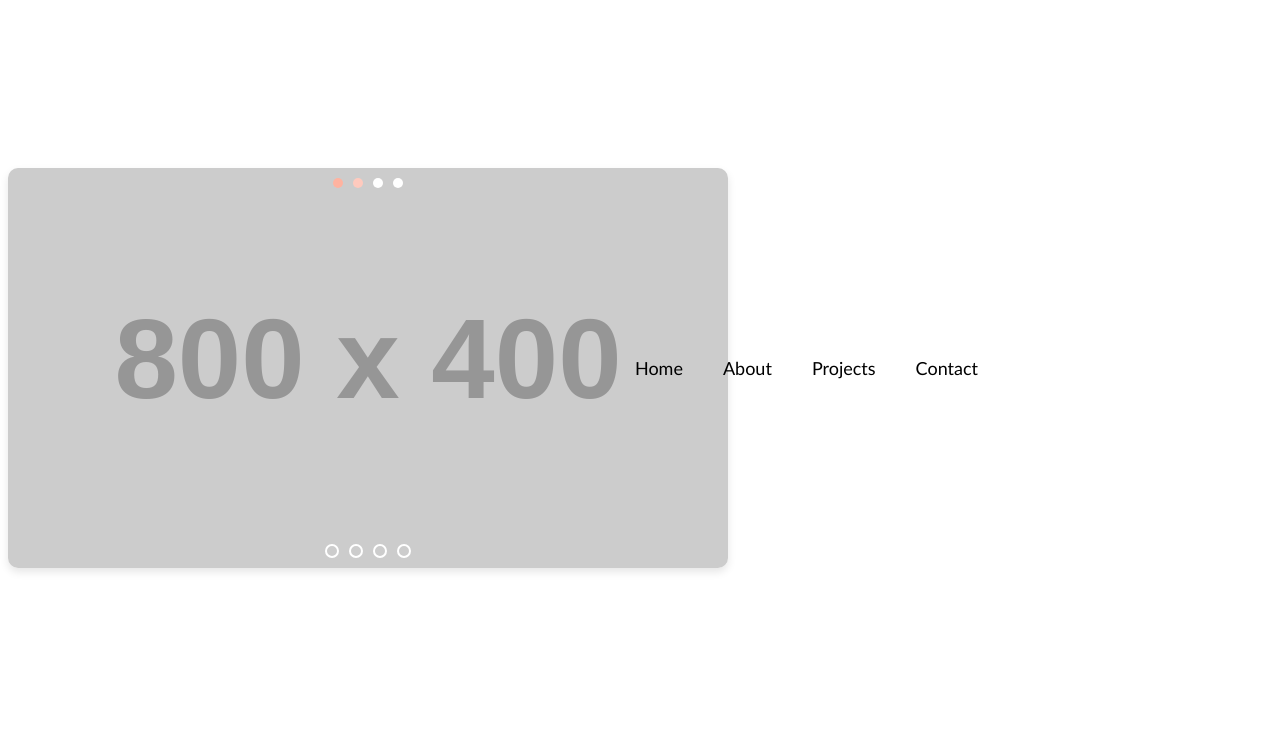
Repository: alishbah7/Choice1
Page: index.html
These files come from the project's save history. The page is drawn as it stood at one moment and after the next save; the edit follows.
The browser window is 1280 px wide. The page is 1280 px wide, then 1288 px, so the pictures cover 1288 px, including what lies to the right of the window. The pictures show the whole page.

Above is the page before, as saved 2024-11-23 20:42:20.

### index.html
<!DOCTYPE html>
<html lang="en">
<head>
    <meta charset="UTF-8">
    <meta name="viewport" content="width=device-width, initial-scale=1.0">
    <title>Navbar</title>

    <!--=== CSS ===-->
    <link rel="stylesheet" href="style.css">

    <!--=== BOXICONS ===-->
    <link href='https://unpkg.com/boxicons@2.1.4/css/boxicons.min.css' rel='stylesheet' />
</head>
<body>
    <!------------ header ------------>
    <header>
        <h1>Website</h1>

        <input type="checkbox" id="check" />
        <label for="check" class="icon">
            <i class="bx bx-menu" id="menu-icon"></i>
            <i class="bx bx-x" id="close-icon"></i>
        </label>

        <nav class="navbar">
            <a href="#" class="nav-item" style="--i: 1" data-aos="fade-down">Home</a>
            <a href="#" class="nav-item" style="--i: 2" data-aos="fade-down">About</a>
            <a href="#" class="nav-item" style="--i: 3" data-aos="fade-down">Projects</a>
            <a href="#" class="nav-item" style="--i: 4" data-aos="fade-down">Contact</a>
        </nav>
    </header>

    <!------------ home ------------>
    <div class="slider">
        <div class="slides">
          <!-- Radio Buttons for Manual Navigation -->
          <input type="radio" name="radio-btn" id="slide1" checked>
          <input type="radio" name="radio-btn" id="slide2">
          <input type="radio" name="radio-btn" id="slide3">
          <input type="radio" name="radio-btn" id="slide4">

          <!-- Slide Images -->
          <div class="slide first">
            <img src="https://via.placeholder.com/800x400?text=Slide+1" alt="Slide 1">
          </div>
          <div class="slide">
            <img src="https://via.placeholder.com/800x400?text=Slide+2" alt="Slide 2">
          </div>
          <div class="slide">
            <img src="https://via.placeholder.com/800x400?text=Slide+3" alt="Slide 3">
          </div>
          <div class="slide">
            <img src="https://via.placeholder.com/800x400?text=Slide+4" alt="Slide 4">
          </div>

          <!-- Automatic Navigation -->
          <div class="navigation-auto">
            <div class="auto-btn1"></div>
            <div class="auto-btn2"></div>
            <div class="auto-btn3"></div>
            <div class="auto-btn4"></div>
          </div>

          <!-- Manual Navigation -->
          <div class="navigation-manual">
            <label for="slide1" class="manual-btn"></label>
            <label for="slide2" class="manual-btn"></label>
            <label for="slide3" class="manual-btn"></label>
            <label for="slide4" class="manual-btn"></label>
          </div>
        </div>
      </div>

</body>
</html>

### style.css
/* --==== HEADER ====-- */
body{
    width: 100vh;
    box-sizing: border-box;
    display: flex;
    justify-content: center;
    align-items: center;
    height: 100vh;
}

header {
    color: white;
    position: fixed;
    width: 100%;
    height: 60px;
    display: flex;
    justify-content: space-between;
    align-items: center;
    padding: 0 10px;
    z-index: 5;
}
header h1{
    font-size: 30px;
    color: black;
}
.navbar{
    display: flex;
    padding: 0 30px;
    gap: 40px;
}
#circleIcon{
    font-size: 6px;
}
.nav-item {
    font-family: 'Gill Sans', 'Gill Sans MT', Calibri, 'Trebuchet MS', sans-serif;
    color: black;
    font-size: 18px;
    text-decoration: none;
    transition: all 0.5s ease;

}
.icon {
    position: absolute;
    right: 5%;
    font-size: 36.8px;
    color: black;
    cursor: pointer;
    display: none;
}

#check {
    display: none;
}
@media (max-width: 870px) {
    #circleIcon{
        display: none;
    }
    header{
        height: 40px;
    }
    header::before {
        position: absolute;
        content: "";
        inset: 0;
        width: 100%;
        backdrop-filter: blur(20px);
        z-index: -1;
    }

    header::after {
        position: absolute;
        content: "";
        top: 0;
        left: -100%;
        width: 100%;
        height: 100%;
        transition: 0.8s;
    }
    .icon {
        display: inline-flex;
    }
    #check:checked ~ .icon #menu-icon {
        display: none;
    }
    .icon #close-icon {
        display: none;
    }
    #check:checked ~ .icon #close-icon {
        display: block;
    }
    .navbar {
        padding: 0;
        display: block;
        position: absolute;
        top: 100%;
        left: 0;
        width: 100%;
        height: 0;
        background: black;
        backdrop-filter: blur(50px);
        box-shadow: 0 8px 16px rgba(0, 0, 0, 0.1);
        overflow: hidden;
        transition: all 0.3s ease;
    }
    #check:checked ~ .navbar {
        height: 256px;
    }
    .nav-item {
        color: white;
        display: block;
        font-size: 17.6px;
        margin: 32px 0;
        text-align: center;
        transform: translateY(-50px);
        opacity: 0;
        transition: all 0.3s ease;
    }
    .nav-item:hover::after {
        width: auto;
    }
    #check:checked ~ .navbar a {
        transform: translateY(0);
        opacity: 1;
        transition-delay: calc(0.15s * var(--i));
    }
}
@media screen and (max-width: 350px) {
    header h1{
      font-size: 20px;
    }
}



/* General Reset */
/* * {
    margin: 0;
    padding: 0;
    box-sizing: border-box;
  }

  body {
    display: flex;
    justify-content: center;
    align-items: center;
    height: 100vh;
    background: #f3f3f3;
    font-family: Arial, sans-serif;
  } */

  .slider {
    width: 800px;
    height: 400px;
    overflow: hidden;
    border-radius: 10px;
    position: relative;
    box-shadow: 0 4px 8px rgba(0, 0, 0, 0.1);
  }

  .slides {
    display: flex;
    width: 400%;
    height: 100%;
  }

  .slides input {
    display: none;
  }

  .slide {
    width: 100%;
    height: 100%;
    transition: transform 0.6s ease-in-out;
  }

  .slide img {
    width: 100%;
    height: 100%;
    object-fit: cover;
  }

  .navigation-manual {
    position: absolute;
    width: 100%;
    bottom: 10px;
    display: flex;
    justify-content: center;
    gap: 10px;
  }

  .manual-btn {
    border: 2px solid #fff;
    padding: 5px;
    border-radius: 50%;
    cursor: pointer;
    transition: background 0.3s;
  }

  .manual-btn:hover {
    background: #fff;
  }

  #slide1:checked ~ .first {
    transform: translateX(0);
  }

  #slide2:checked ~ .first {
    transform: translateX(-100%);
  }

  #slide3:checked ~ .first {
    transform: translateX(-200%);
  }

  #slide4:checked ~ .first {
    transform: translateX(-300%);
  }

  /* Automatic Navigation */
  .navigation-auto {
    position: absolute;
    display: flex;
    width: 100%;
    justify-content: center;
    top: 10px;
    gap: 10px;
  }

  .navigation-auto div {
    width: 10px;
    height: 10px;
    background: #fff;
    border-radius: 50%;
    animation: slide 16s infinite;
  }

  .navigation-auto .auto-btn1 {
    animation-delay: 0s;
  }

  .navigation-auto .auto-btn2 {
    animation-delay: 4s;
  }

  .navigation-auto .auto-btn3 {
    animation-delay: 8s;
  }

  .navigation-auto .auto-btn4 {
    animation-delay: 12s;
  }

  @keyframes slide {
    25% {
      background: #ff7e5f;
    }
    50% {
      background: #fff;
    }
  }

After the next save:
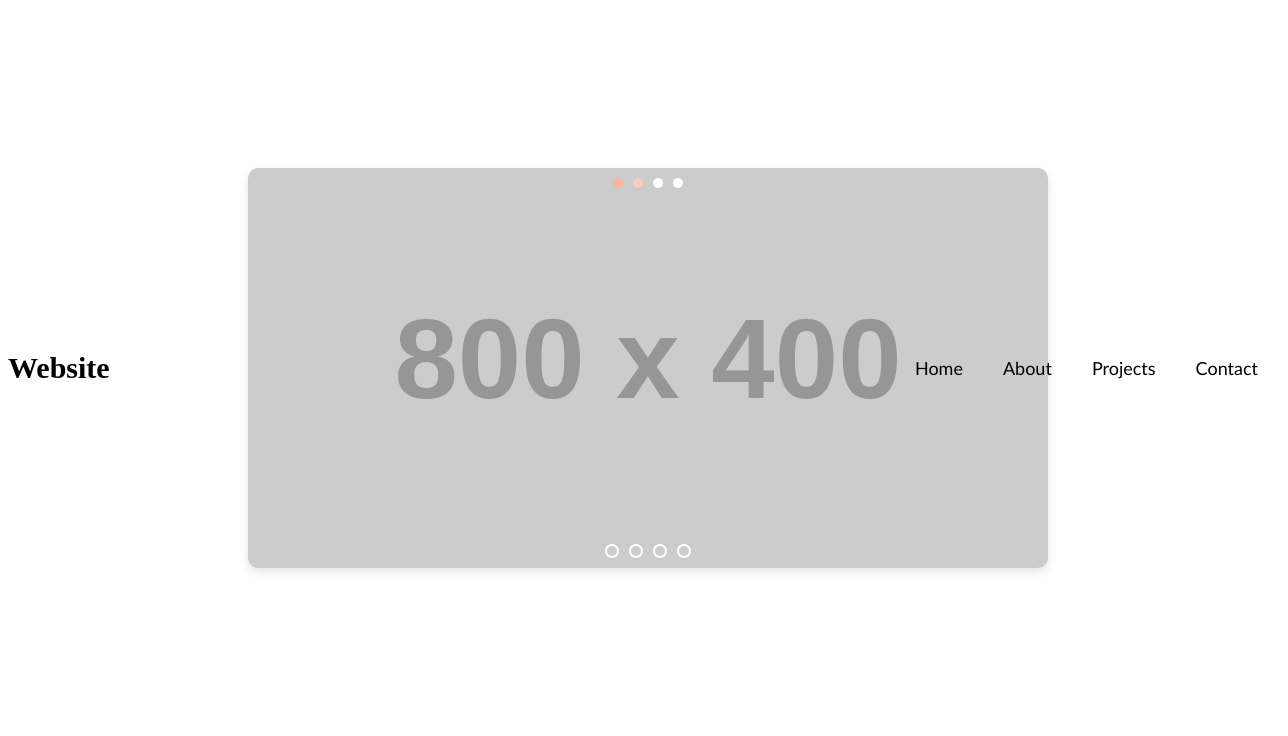
Saved 23 s later.
--- a/style.css
+++ b/style.css
@@ -1,11 +1,12 @@
 /* --==== HEADER ====-- */
 body{
-    width: 100vh;
-    box-sizing: border-box;
     display: flex;
     justify-content: center;
     align-items: center;
     height: 100vh;
+    width: 100%;
+    box-sizing: border-box;
+
 }
 
 header {
